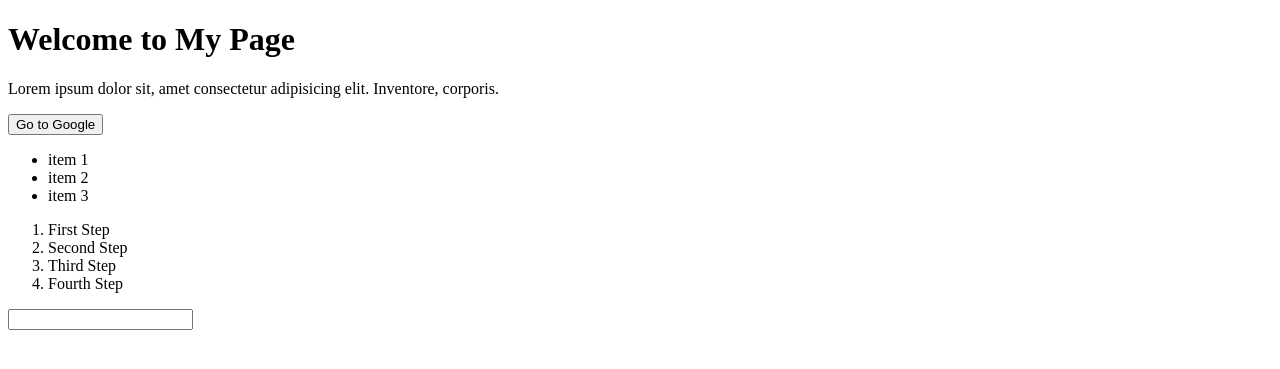
Repository: cs-fullstack-2020-spring/javascript-classes-cw-Awhit-commits
Page: index.html
An editor plug-in stored every save of this project. The page is shown before and after the next save, followed by the edit.
The browser window is 1280 px wide. The pictures show the whole page.

Above is the page before, as saved 2021-01-06 11:57:47.

### index.html
<!DOCTYPE html>
<html lang="en">
<head>
    <meta charset="UTF-8">
    <meta name="viewport" content="width=device-width, initial-scale=1.0">
    <title>Document</title>
</head>
<body>
    <h1>Welcome to My Page</h1>
    <p>Lorem ipsum dolor sit, amet consectetur adipisicing elit. Inventore, corporis.</p>
    <a href = "https://google.com"><button> Go to Google</button></a>

    <ul>
        <li>item 1 </li>
        <li>item 2 </li>
        <li>item 3 </li>
    </ul>

    <ol>
        <li>First Step</li>
        <li>Second Step</li>
        <li>Third Step</li>
        <li>Fourth Step</li>
    </ol>
<label for="firs"></label>
    <input type="text" name="" id="">
</body>
</html>

After the next save:
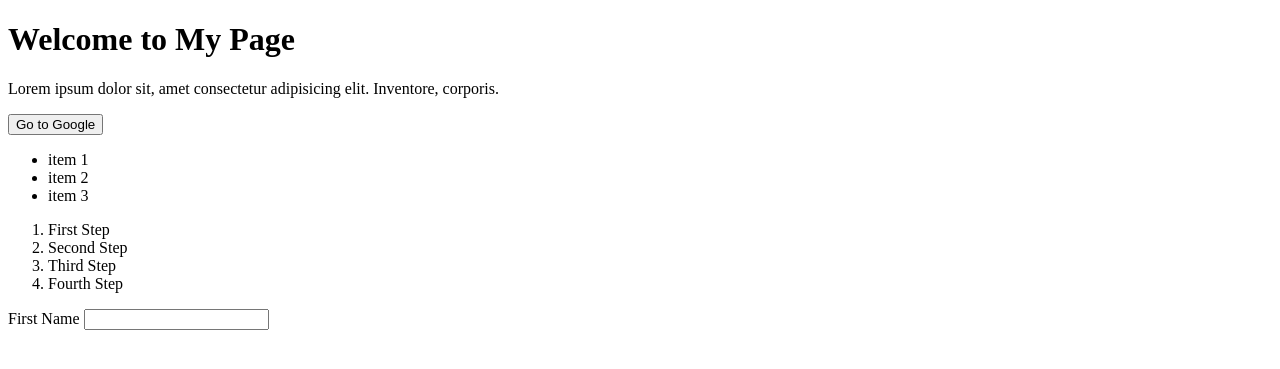
Saved 4 s later.
--- a/index.html
+++ b/index.html
@@ -22,7 +22,7 @@
         <li>Third Step</li>
         <li>Fourth Step</li>
     </ol>
-<label for="firs"></label>
+<label for="firstName">First Name</label>
     <input type="text" name="" id="">
 </body>
 </html>
